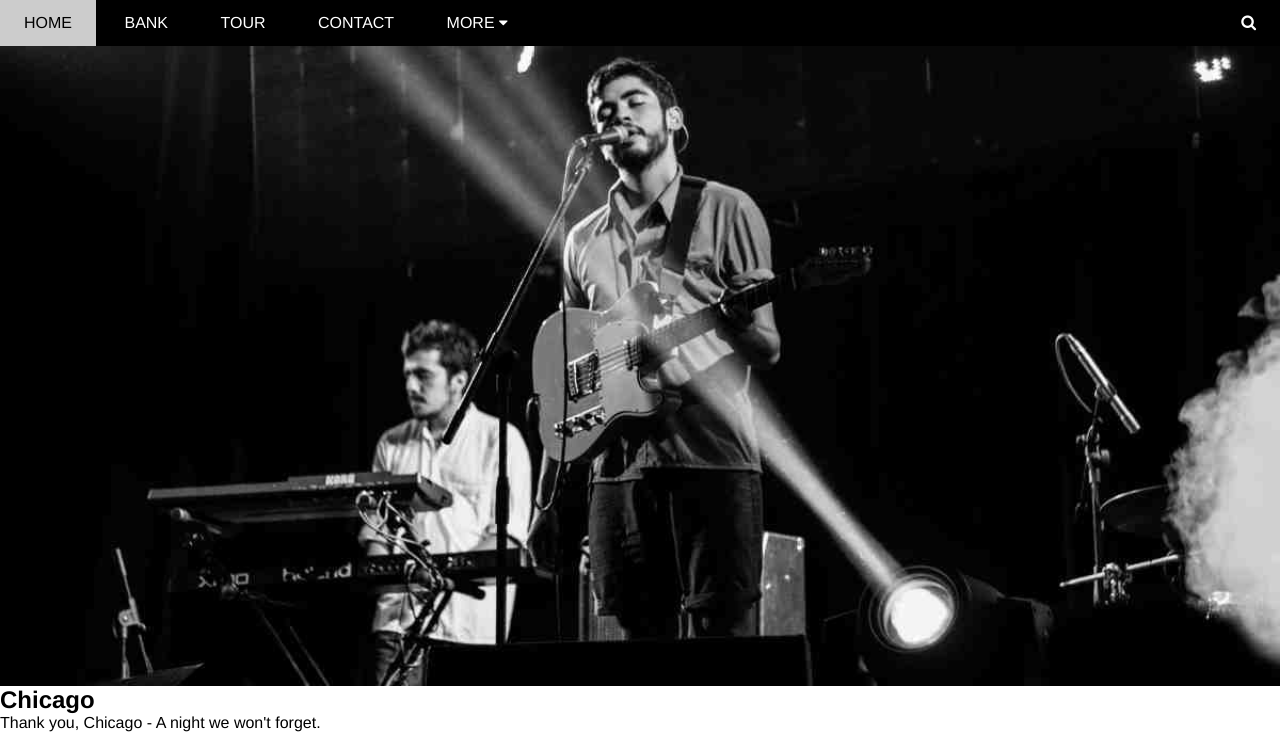
Repository: vuongtm1999/TheBand_W3School
Page: index.html
These files come from the project's save history. The page is drawn as it stood at one moment and after the next save; the edit follows.
The browser window is 1280 px wide. The pictures show the whole page.

Above is the page before, as saved 2022-08-25 09:48:42.

After the next save:
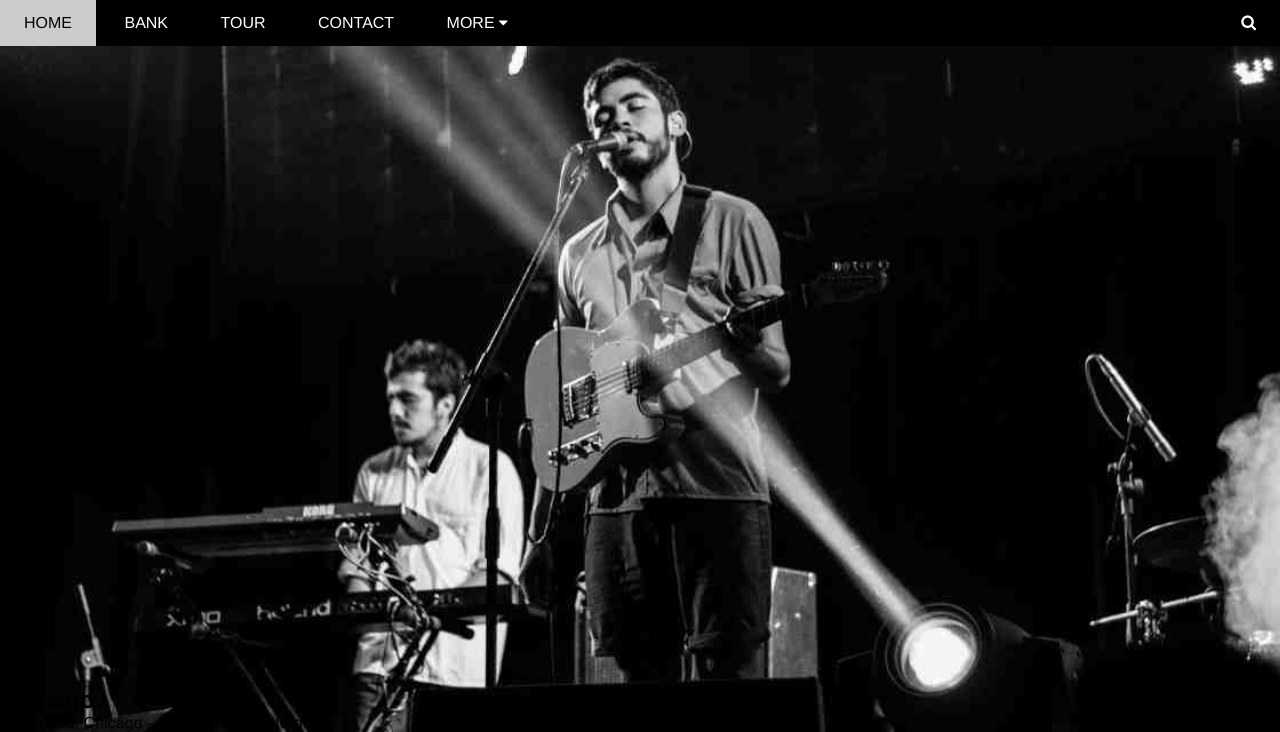
Saved 7 s later.
--- a/assets/css/style.css
+++ b/assets/css/style.css
@@ -104,7 +104,7 @@
 }
 
 #slider {
-    height: 200px;
+    /* height: 200px; */
     /* background-color: rgb(27, 22, 22); */
     margin-top: 46px;
 /* padding-top bang 50% chieu rong cua thanh phan do */

After the 2 saves that followed:
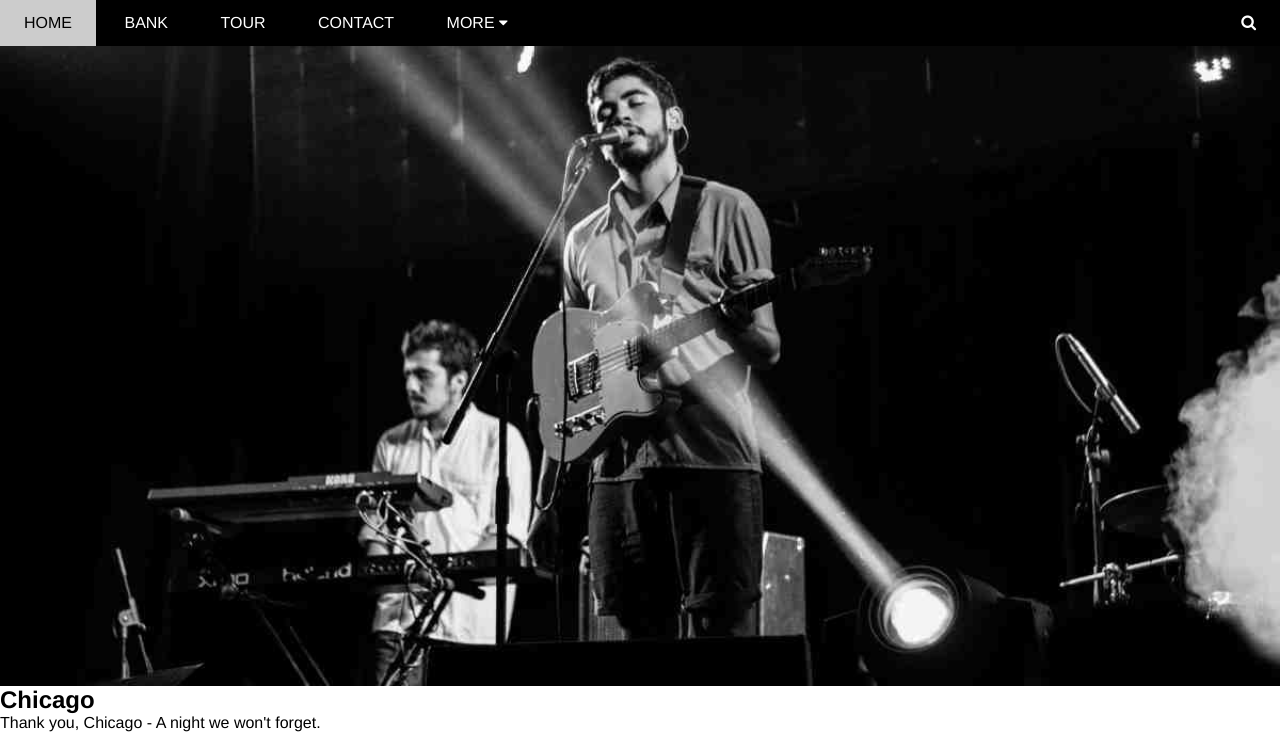
The 2 saves are shown as one change because 1 left the picture as it was.
The last was saved 21 s later.
--- a/assets/css/style.css
+++ b/assets/css/style.css
@@ -104,7 +104,7 @@
 }
 
 #slider {
-    /* height: 200px; */
+    height: 200px;
     /* background-color: rgb(27, 22, 22); */
     margin-top: 46px;
 /* padding-top bang 50% chieu rong cua thanh phan do */
